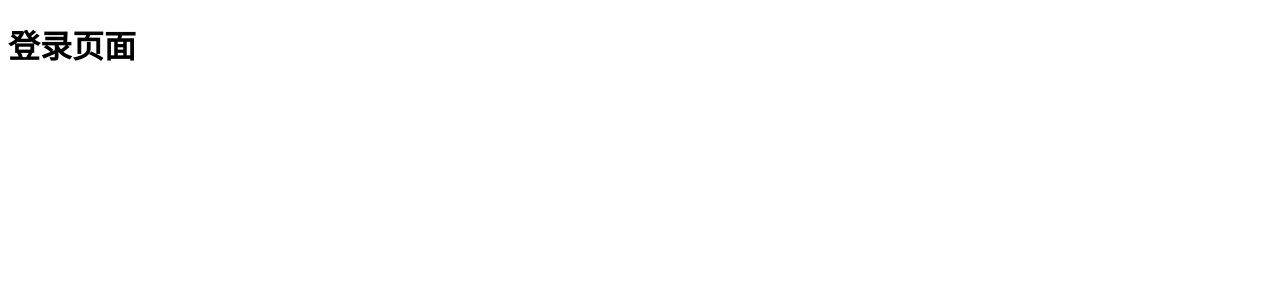
Repository: itmier/tmier-easy-demo
Page: /
The author's editor kept a copy of each file at every save. The page is drawn from the files as they stood at one save, then again after the next save.
The browser window is 1280 px wide. The pictures show the whole page.
The page's requests for data from a server got no answer. The project was rebuilt for these pictures with package versions that can differ from the ones it lists, and the page was loaded fresh each time. No one was signed in, and anything a server would have sent is missing. Also part of the build but not shown: vue.config.js, src/views/dashboard/index.vue.

Above is the page before, as saved 2020-08-06 09:07:47.

### src/main.js
/*
 * @Author: Tmier
 * @Date: 2020-08-05 15:00:55
 * @LastEditTime: 2020-08-06 09:07:47
 * @Description:
 */
import Vue from 'vue'
import App from './App.vue'
import router from './router'
import store from './store'
import '@/plugins'

Vue.config.productionTip = false

new Vue({
  router,
  store,
  render: h => h(App)
}).$mount('#app')

### src/App.vue
<!--
 * @Author: Tmier
 * @Date: 2020-08-05 15:00:55
 * @LastEditTime: 2020-08-05 15:09:16
 * @Description:
-->
<template>
  <div id="app">
    <router-view/>
  </div>
</template>

<style lang="less">
</style>

### src/router/index.js
/*
 * @Author: Tmier
 * @Date: 2020-08-05 15:00:55
 * @LastEditTime: 2020-08-05 15:53:49
 * @Description:
 */
import Vue from 'vue'
import VueRouter from 'vue-router'
import Login from '@/views/login'
import Dashboard from '@/views/dashboard'

Vue.use(VueRouter)

const routes = [{
  path: '/',
  name: 'login',
  component: Login,
}, {
  path: '/dashboard',
  name: 'dashboard',
  component: Dashboard,
}]

const router = new VueRouter({
  routes
})

export default router

### src/plugins/index.js
/*
 * @Author: Tmier
 * @Date: 2020-08-06 09:04:55
 * @LastEditTime: 2020-08-06 09:07:11
 * @Description:
 */
//  默认核心
import Vue from "vue"; //Vue引入
// UI
import ElementUI from 'element-ui';
// CSS
import 'element-ui/lib/theme-chalk/index.css';

// 注册使用
Vue.use(ElementUI);

### src/views/login/index.vue
<!--
 * @Author: Tmier
 * @Date: 2020-08-05 15:47:09
 * @LastEditTime: 2020-08-06 09:00:42
 * @Description:
-->
<template>
    <div class=''>
        <h1>登录页面</h1>
    </div>
</template>

<script>
    //import x from ''
    import { login } from '@/api/user'
    export default {
        components: {

        },
        data () {
            return {
                loginData: {
                    username: 'admin',
                    password: 'admin2'
                }
            };
        },
        created () {
          this.toLogin()
        },
        computed: {

        },
        methods: {
            async toLogin() {
                let res = await login(this.loginData)
                console.log(res)
            }
        },
    }
</script>

<style lang='less' scoped>
//@import url()

</style>

### src/api/user.js
/*
 * @Author: Tmier
 * @Date: 2020-08-05 16:20:24
 * @LastEditTime: 2020-08-06 08:51:19
 * @Description:
 */
import request from  '@/utils/request'

export function login(data) {
    return request({
        url: '/tmier-easy-demo/user/login',
        method: 'post',
        data
    })
}

### src/utils/request.js
/*
 * @Author: Tmier
 * @Date: 2020-08-05 15:14:21
 * @LastEditTime: 2020-08-05 17:45:18
 * @Description: 封装axios请求
 */
import axios from 'axios'
import store from '@/store/index'
import router from '@/router'
import QS from 'qs'
import {
  Loading,
  Message
} from "element-ui";
/**
 * 提示函数
 * 禁止点击蒙层、显示一秒后关闭
 */
const tip = msg => {
  Message({
    message: msg,
    type: 'error',
    duration: 1000
  });
}
// 跳转登录页面
//  携带当前页面路由,以期在登录页面完成登录后返回当前页面

const toLogin = () => {
  router.replace({
    path: '/login',
    query: {
      redirect: router.currentRoute.fullPath
    }
  })
}
/**
 * 请求失败后的错误统一处理
 * @param {Number} status 请求失败的状态码
 */
const errorHandle = (status, other) => {
  // 状态码判断
  switch (status) {
    // 401: 未登录状态，跳转登录页
    case 401:
      toLogin();
      break;
      // 403 token过期
      // 清除token并跳转登录页
    case 403:
      tip('登录过期，请重新登录');
      //   localStorage.removeItem('token');
      //   store.commit('loginSuccess', null);
      setTimeout(() => {
        toLogin();
      }, 1000);
      break;
      // 404请求不存在
    case 404:
      tip('请求的资源不存在');
      break;
    default:
      console.log(other);
  }
}
var instance = axios.create({
  baseURL: process.env.VUE_APP_BASE_API,
  timeout: 1000 * 12
})

// 设置post请求头
instance.defaults.headers.post['Content-Type'] = 'application/x-www-form-urlencoded';

/**
 * 请求拦截器
 * 每次请求前，如果存在token则在请求头中携带token
 */
instance.interceptors.request.use(
  config => {
    // 登录流程控制中，根据本地是否存在token判断用户的登录情况
    // 但是即使token存在，也有可能token是过期的，所以在每次的请求头中携带token
    // 后台根据携带的token判断用户的登录情况，并返回给我们对应的状态码
    // 而后我们可以在响应拦截器中，根据状态码进行一些统一的操作。
    // const token = store.state.token;
    const token = 'MockToken';
    token && (config.headers.Authorization = token);
    return config;
  },
  error => Promise.error(error))


// 响应拦截器
instance.interceptors.response.use(
  // 请求成功
  res => res.status === 200 ? Promise.resolve(res) : Promise.reject(res),
  // 请求失败
  error => {
    const {
      response
    } = error;
    if (response) {
      // 请求已发出，但是不在2xx的范围
      errorHandle(response.status, response.data.message);
      return Promise.reject(response);
    }
    /**
     * else {
      // 处理断网的情况
      // eg:请求超时或断网时，更新state的network状态
      // network状态在app.vue中控制着一个全局的断网提示组件的显示隐藏
      // 关于断网组件中的刷新重新获取数据，会在断网组件中说明
      if (!window.navigator.onLine) {
        store.commit('changeNetwork', false);
      } else {
        return Promise.reject(error);
      }
    }
     */
  });

export default instance;

Loaded but not shown: public/index.html (common file); src/store/index.js (common file)

After the next save:
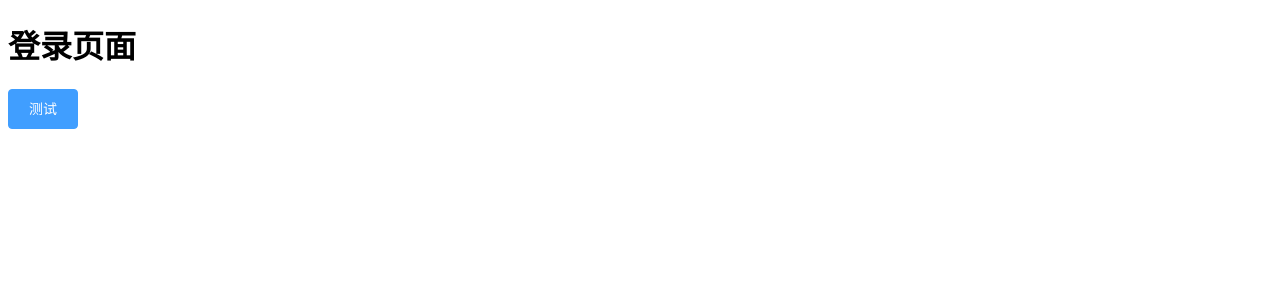
Saved 28 s later.
--- a/src/views/login/index.vue
+++ b/src/views/login/index.vue
@@ -1,12 +1,13 @@
 <!--
  * @Author: Tmier
  * @Date: 2020-08-05 15:47:09
- * @LastEditTime: 2020-08-06 09:00:42
+ * @LastEditTime: 2020-08-06 09:08:15
  * @Description:
 -->
 <template>
     <div class=''>
         <h1>登录页面</h1>
+        <el-button type="primary">测试</el-button>
     </div>
 </template>
 
